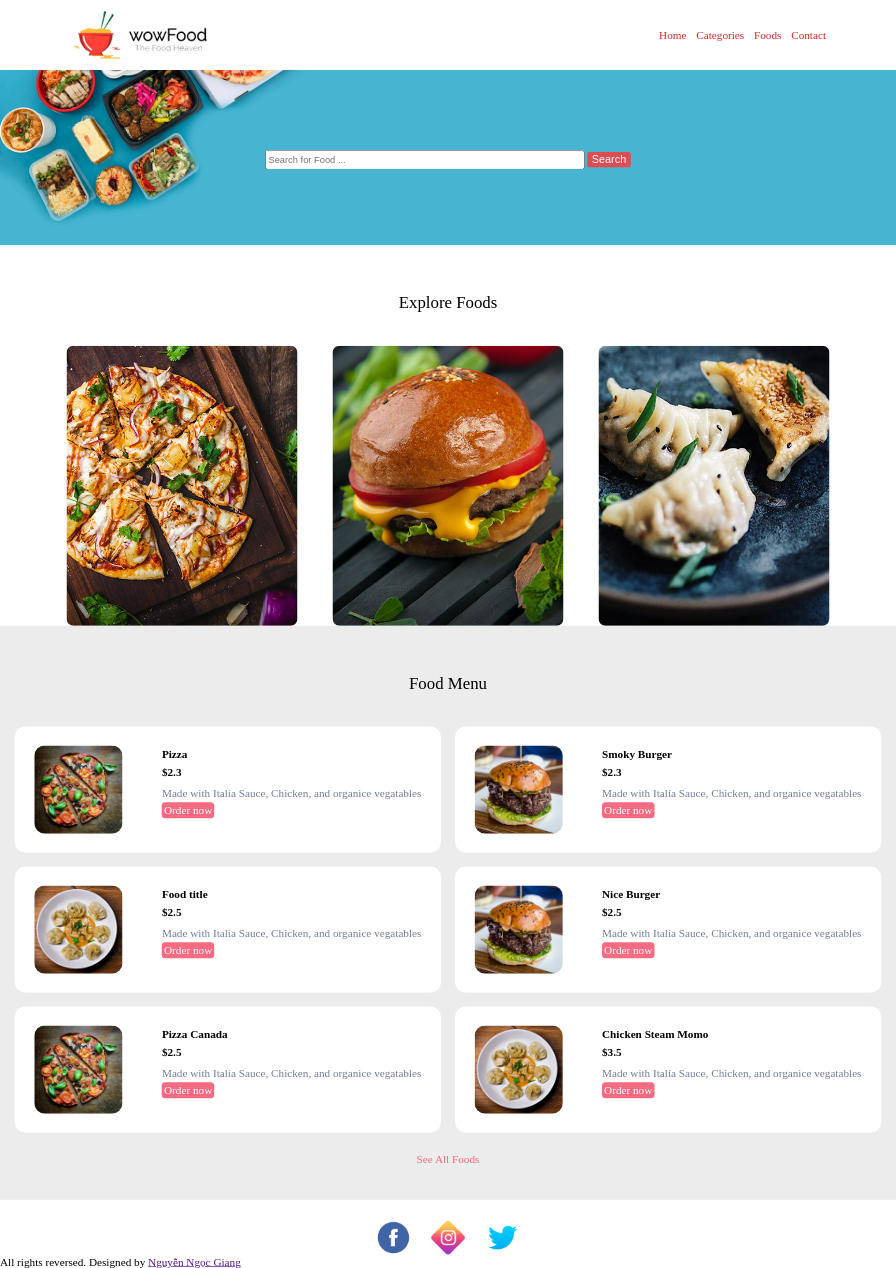
Repository: ruaruababa/WowFood
Page: index.html
The author's editor kept a copy of each file at every save. The page is drawn from the files as they stood at one save, then again after the next save.
The browser window is 1280 px wide. The pictures show the whole page, at 70% of full size.

Above is the page before, as saved 2021-09-18 10:15:15.

### index.html
<!DOCTYPE html>
<html lang="en">

<head>
    <meta charset="UTF-8" />
    <meta http-equiv="X-UA-Compatible" content="IE=edge" />
    <meta name="viewport" content="width=device-width, initial-scale=1.0" />
    <title>Document</title>
    <link rel="stylesheet" href="./style.css" />
    <link rel="stylesheet" href="./reset.css" />
</head>

<body>
    <header>
        <div class="container-header">
            <div class="header-left">
                <img src="./img/logo.png" alt="" />
            </div>
            <div class="header-right">
                <ul class="nav">
                    <li class="item"><a href="">Home</a></li>
                    <li class="item"><a href="">Categories</a></li>
                    <li class="item"><a href="">Foods</a></li>
                    <li class="item"><a href="">Contact</a></li>
                </ul>
            </div>
        </div>
    </header>
    <nav>
        <div class="container-nav">
            <div class="background-search">
                <img src="./img/bg.jpg" alt="bgr-search" />
            </div>
            <div class="form">
                <input type="text" placeholder="Search for Food ..." class="input-search" />
                <input type="button" value="Search" class="btn-search" />
            </div>
        </div>
    </nav>
    <section>
        <div class="container-section">
            <div class="explore-food">Explore Foods</div>
            <div class="collection-food">
                <ul class="list-food">
                    <li class="item"><img src="./img/pizza.jpg" alt="" /></li>
                    <li class="item"><img src="./img/burger.jpg" alt="" /></li>
                    <li class="item"><img src="./img/momo.jpg" alt="" /></li>
                </ul>
            </div>
        </div>
    </section>
    <article>
        <div class="container-article">
            <div class="title-food-menu">Food Menu</div>
            <div class="container-menu">
                <div class="container-item">
                    <img src="./img/menu-pizza.jpg" alt="" class="bgr-item">
                    <div class="item-content">
                        <h6 class="title-item">Pizza</h6>
                        <span class="price-item">$2.3</span>
                        <p class="des-item">Made with Italia Sauce, Chicken, and organice vegatables</p>
                        <a href="" class="oder-item">Order now</a>
                    </div>
                </div>
                <div class="container-item">
                    <img src="./img/menu-burger.jpg" alt="" class="bgr-item">
                    <div class="item-content">
                        <h6 class="title-item">Smoky Burger</h6>
                        <span class="price-item">$2.3</span>
                        <p class="des-item">Made with Italia Sauce, Chicken, and organice vegatables</p>
                        <a href="" class="oder-item">Order now</a>
                    </div>
                </div>
                <div class="container-item">
                    <img src="./img/menu-momo.jpg" alt="" class="bgr-item">
                    <div class="item-content">
                        <h6 class="title-item">Food title</h6>
                        <span class="price-item">$2.5</span>
                        <p class="des-item">Made with Italia Sauce, Chicken, and organice vegatables</p>
                        <a href="" class="oder-item">Order now</a>
                    </div>
                </div>
                <div class="container-item">
                    <img src="./img/menu-burger.jpg" alt="" class="bgr-item">
                    <div class="item-content">
                        <h6 class="title-item">Nice Burger</h6>
                        <span class="price-item">$2.5</span>
                        <p class="des-item">Made with Italia Sauce, Chicken, and organice vegatables</p>
                        <a href="" class="oder-item">Order now</a>
                    </div>
                </div>
                <div class="container-item">
                    <img src="./img/menu-pizza.jpg" alt="" class="bgr-item">
                    <div class="item-content">
                        <h6 class="title-item">Pizza Canada</h6>
                        <span class="price-item">$2.5</span>
                        <p class="des-item">Made with Italia Sauce, Chicken, and organice vegatables</p>
                        <a href="" class="oder-item">Order now</a>
                    </div>
                </div>
                <div class="container-item">
                    <img src="./img/menu-momo.jpg" alt="" class="bgr-item">
                    <div class="item-content">
                        <h6 class="title-item">Chicken Steam Momo</h6>
                        <span class="price-item">$3.5</span>
                        <p class="des-item">Made with Italia Sauce, Chicken, and organice vegatables</p>
                        <a href="" class="oder-item">Order now</a>
                    </div>
                </div>
            </div>
            <div class="footer-food-menu">
                <a href="#" class="see-all-foods">See All Foods</a>
            </div>
        </div>
    </article>
    <footer>
        <div class="container-footer">
            <div class="social-network-icon">
                <div class="icon-fb"><a href=""></a><img src="./img/facebook_icon-icons.com_59205.png" alt=""></div>
                <div class="icon-insta"><img src="./img/intsa-icon.png" alt=""></div>
                <div class="icon-twitter"><img src="./img/twitter_socialnetwork_20007.png" alt=""></div>
            </div>
            <div class="license">
                <p>All rights reversed. Designed by <a href="">Nguyễn Ngọc Giang</a></p>
            </div>
        </div>
    </footer>
</body>

</html>

### style.css
.container-header {
    display: flex;
    justify-content: space-between;
    align-items: center;
    margin-top: 15px;
}

.header-left {
    display: flex;
    margin-left: 100px;
}

.header-left img {}

.name-brand {
    margin-top: 50%;
}

.header-right {
    margin-right: 100px;
}

.nav {
    list-style: none;
}

.nav li {
    display: inline;
    padding-left: 10px;
}

.nav li a {
    text-decoration: none;
    color: rgb(211, 38, 38);
}

nav {
    position: relative;
    max-width: 100%;
    max-height: 100%;
    height: 250px;
}

.container-nav {
    text-align: center;
    margin-top: 15px;
}

.background-search {
    height: 250px;
}

.background-search img {
    height: inherit;
    width: 100%;
    object-fit: cover;
}

.form {
    width: 100%;
    position: absolute;
    top: 50%;
    left: 50%;
    transform: translate(-50%, -50%);
    height: 22px;
}

.input-search {
    width: 35%;
    height: inherit;
}

.btn-search {
    background-color: rgba(250, 59, 59, 0.849);
    border: none;
    border-radius: 3px;
    font-size: 15.5px;
    color: white;
    height: inherit;
}

section {
    position: relative;
}

.explore-food {
    padding-top: 70px;
    text-align: center;
    font-size: 24px;
}

.list-food {
    margin-top: 50px;
    display: flex;
    justify-content: center;
    column-gap: 50px;
}

.list-food li {
    width: 330px;
    height: 400px;
}

.list-food li img {
    width: 100%;
    height: 100%;
    object-fit: cover;
    border-radius: 10px;
}

article{
    background-color: #ececec;
}

.title-food-menu {
    padding-top: 70px;
    font-size: 24px;
    text-align: center;
}

.container-menu {
    padding-top: 50px;
    display: grid;
    grid-gap: 20px;
    grid-template-columns: repeat(auto-fit, minmax(550px, 1fr));
    grid-auto-rows: 180px;
    justify-items: center;
}
.container-item:nth-child(odd){
    justify-self: end;
}
.container-item:nth-child(even){
    justify-self: start;
}
.container-item{
    background-color: #ffffff;
    display: flex;
    align-items: center;
    border-radius: 15px;
}
.container-item img{
    width: 25%;
    height: 70%;
    object-fit: cover;
    border-radius: 15px;
    margin: 0 28px;
}

.container-item .item-content{
    width: 100%;
    height: 70%;
    object-fit: cover;
    border-radius: 15px;
    margin: 0 28px;
}

.item-content{
    display: inline-block;
}
.title-item{
    font-size: 16px;
    font-weight: bold;
    line-height: 25px;
}

.price-item{
    line-height: 25px;
    font-weight: bold;
}

.des-item{
    line-height: 35px;
    color: #747d9c;
}
.oder-item{
    text-decoration: none;
    background-color: #f56b81;
    color: white;
    border-radius: 5px;
    padding: 3px;
}
.footer-food-menu{
    margin-top: 30px;
}
.see-all-foods{
    display: block;
    text-align: center;
    text-decoration: none;
    color:#f56b81;
    padding-bottom: 50px;
}

.social-network-icon{
    display: flex;
    justify-content: center;
    margin-top: 30px;
}

.icon-insta{
    margin: 0 30px;
}

Loaded but not shown: reset.css (common file)

After the next save:
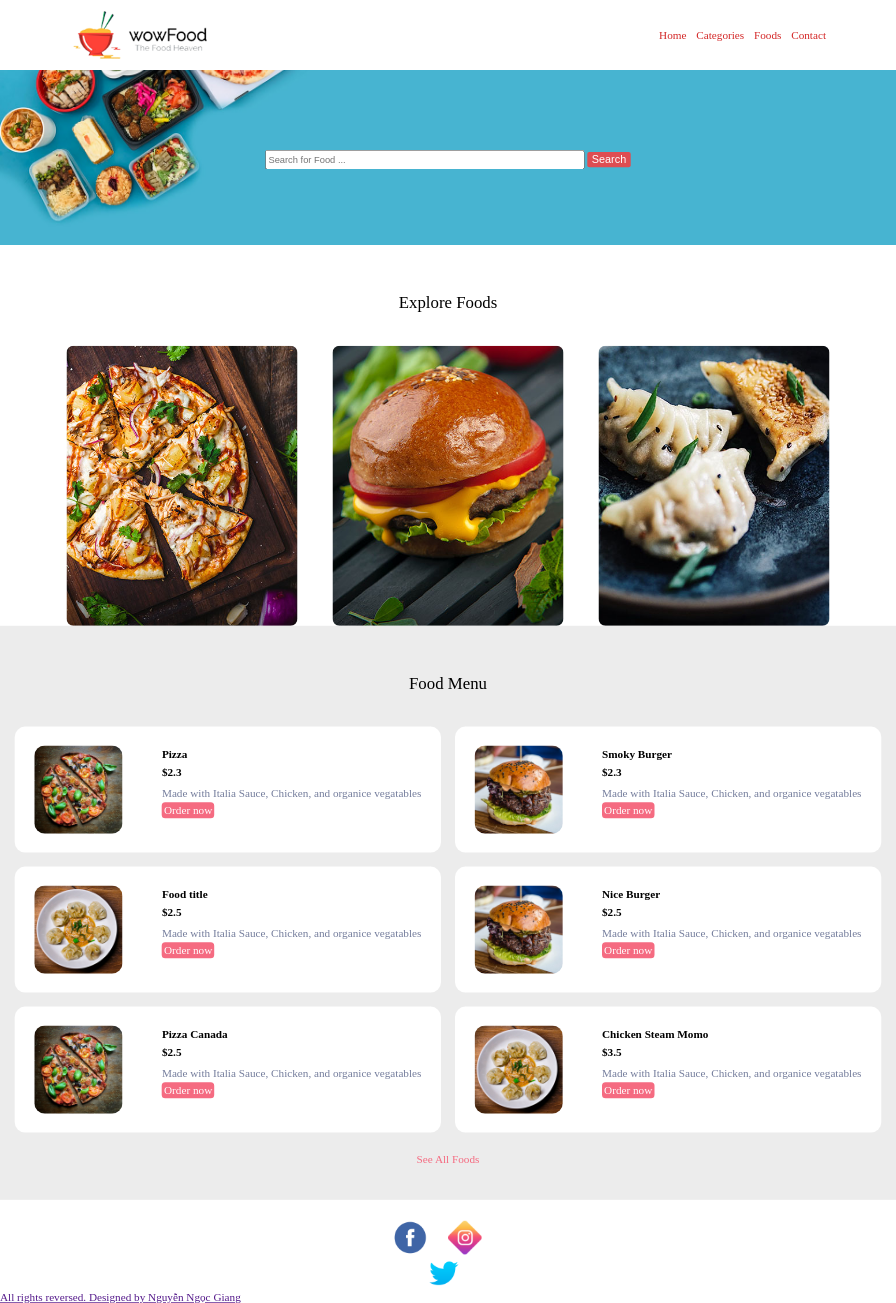
Saved 4 s later.
--- a/index.html
+++ b/index.html
@@ -116,7 +116,7 @@
     <footer>
         <div class="container-footer">
             <div class="social-network-icon">
-                <div class="icon-fb"><a href=""></a><img src="./img/facebook_icon-icons.com_59205.png" alt=""></div>
+                <div class="icon-fb"><a href=""><img src="./img/facebook_icon-icons.com_59205.png" alt=""></div>
                 <div class="icon-insta"><img src="./img/intsa-icon.png" alt=""></div>
                 <div class="icon-twitter"><img src="./img/twitter_socialnetwork_20007.png" alt=""></div>
             </div>

After the save that followed:
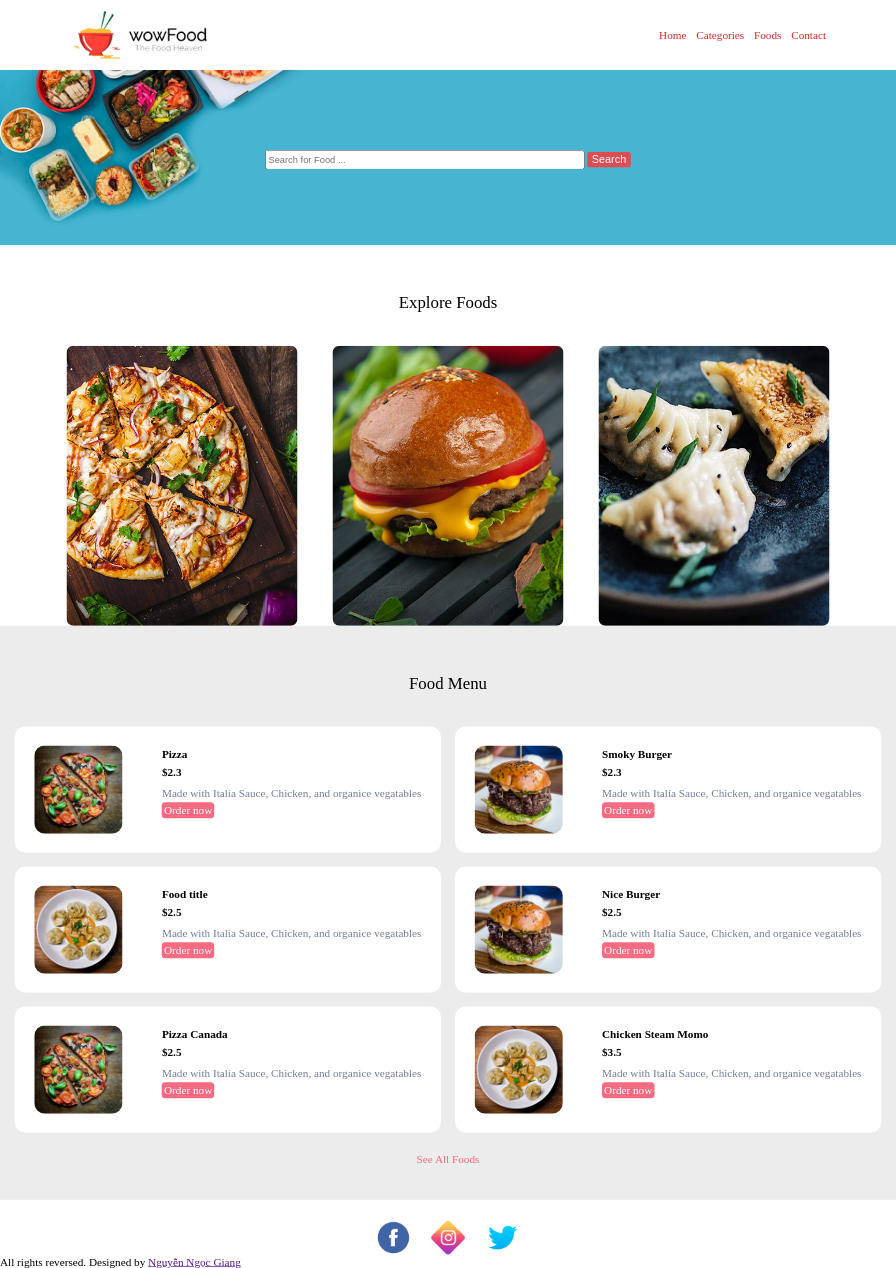
Saved 8 s later.
--- a/index.html
+++ b/index.html
@@ -116,7 +116,7 @@
     <footer>
         <div class="container-footer">
             <div class="social-network-icon">
-                <div class="icon-fb"><a href=""><img src="./img/facebook_icon-icons.com_59205.png" alt=""></div>
+                <div class="icon-fb"><a href=""><img src="./img/facebook_icon-icons.com_59205.png" alt=""></a></div>
                 <div class="icon-insta"><img src="./img/intsa-icon.png" alt=""></div>
                 <div class="icon-twitter"><img src="./img/twitter_socialnetwork_20007.png" alt=""></div>
             </div>
